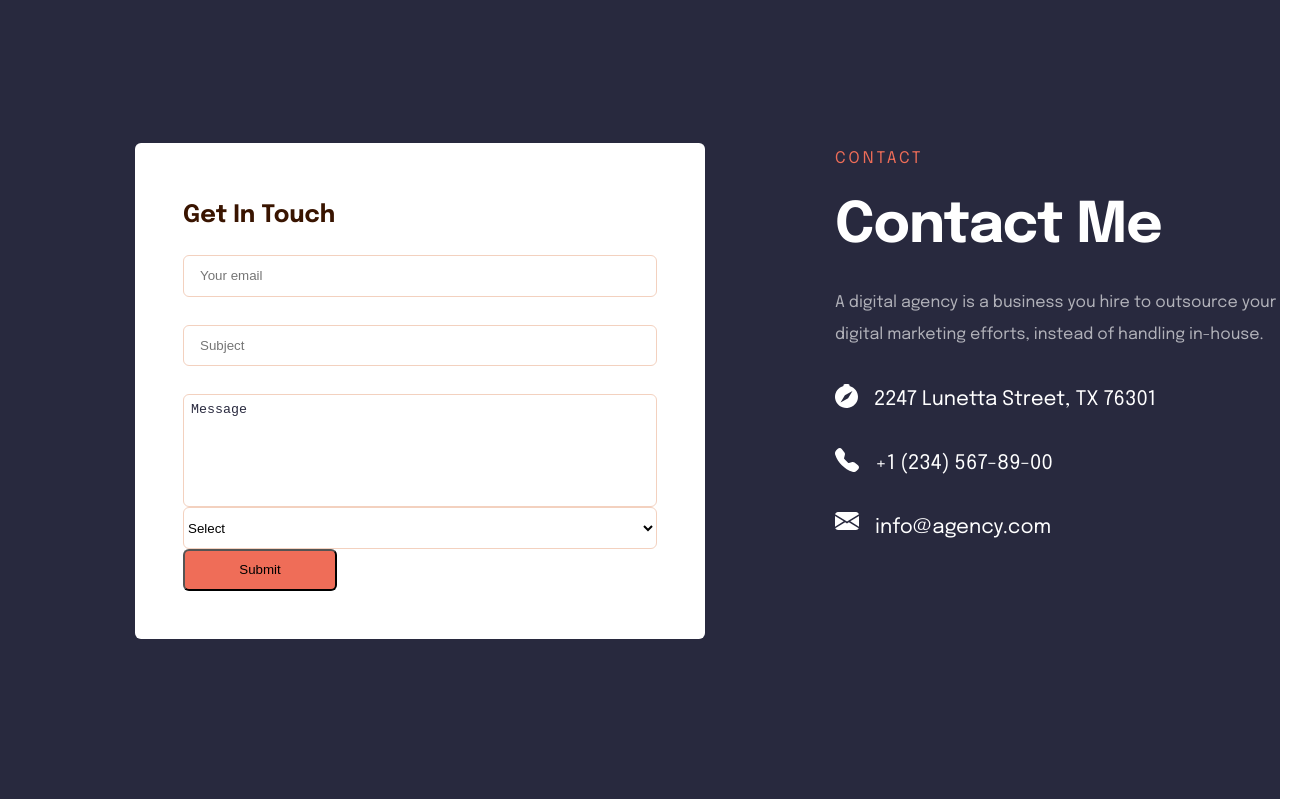
Repository: FaridRustamov09/task20
Page: index.html
These files come from the project's save history. The page is drawn as it stood at one moment and after the next save; the edit follows.
The browser window is 1280 px wide. The page is 1305 px wide, so the pictures cover 1305 px, including what lies to the right of the window. The pictures show the whole page.

Above is the page before, as saved 2024-01-13 14:44:17.

### index.html
<!DOCTYPE html>
<html lang="en">
  <head>
    <meta charset="UTF-8" />
    <meta name="viewport" content="width=device-width, initial-scale=1.0" />
    <title>Document</title>
    <link rel="stylesheet" href="index.css" />
  </head>
  <body>
    <div class="container">
      <div class="login">
        <b>Get In Touch</b>
        <input type="email" placeholder="Your email" />
        <!-- <label for="Subject">
      <select name="Subject" id="">
        <option value="Baku">Baku</option>
        <option value="Istanbul">Istanbul</option>
      </select>
      </label> -->
        <input type="text" placeholder="Subject" />
        <textarea name="" id=""  placeholder="Message" ></textarea>
        <select name="" id="" >
          <option value="">Select</option>
          <option value="">A</option>
          <option value="">A</option>
        </select>
        <button type="submit">Submit</button>
      </div>
      <div class="left-box">
        <h2>Contact</h2>
        <h1>Contact Me</h1>
        <p>
          A digital agency is a business you hire to outsource your digital
          marketing efforts, instead of handling in-house.
        </p>
        <ul>
          <li>
            <svg
              xmlns="http://www.w3.org/2000/svg"
              width="23"
              height="24"
              viewBox="0 0 23 24"
              fill="none"
            >
              <path
                fill-rule="evenodd"
                clip-rule="evenodd"
                d="M12.5128 23.9559C18.4476 23.4434 22.9991 18.5852 23 12.7619C22.9992 7.68681 19.5202 3.24133 14.5089 1.91219C14.6419 1.45966 14.5495 0.972375 14.2595 0.596433C13.9696 0.220491 13.5157 -0.000396111 13.034 0H9.9675C9.4858 -0.000396111 9.03192 0.220491 8.74193 0.596433C8.45195 0.972375 8.35958 1.45966 8.49253 1.91219C2.74205 3.43556 -0.865618 8.99957 0.179927 14.7325C1.22547 20.4654 6.57793 24.4683 12.5128 23.9559ZM17.4618 6.91176L17.465 6.90994L17.462 6.91144L17.4618 6.91176ZM17.4618 6.91176L9.87551 11.1479L5.53646 18.5674L13.126 14.3294L17.4618 6.91176Z"
                fill="white"
              />
            </svg>
            <h3>2247 Lunetta Street, TX 76301</h3>
          </li>
          <li>
            <svg
              xmlns="http://www.w3.org/2000/svg"
              width="24"
              height="24"
              viewBox="0 0 24 24"
              fill="none"
            >
              <path
                fill-rule="evenodd"
                clip-rule="evenodd"
                d="M2.82812 0.765296C3.35902 0.235151 4.09188 -0.0416708 4.84066 0.0050961C5.58945 0.051863 6.28217 0.417722 6.743 1.00981L9.43541 4.46897C9.92889 5.10349 10.1029 5.93003 9.9079 6.71007L9.08742 9.99522C9.00114 10.3413 9.10245 10.7073 9.35441 10.9598L13.0398 14.6454C13.2925 14.8979 13.6592 14.9993 14.0058 14.9124L17.2892 14.0919C18.0691 13.8969 18.8953 14.0711 19.5301 14.5644L22.989 17.2555C24.2324 18.2231 24.3464 20.0607 23.2335 21.1722L21.6825 22.7233C20.5726 23.8333 18.9136 24.3209 17.3672 23.7763C13.4091 22.3836 9.81531 20.1174 6.85249 17.146C3.88152 14.1834 1.61557 10.5899 0.222699 6.63206C-0.320284 5.08699 0.167201 3.42642 1.27717 2.31637L2.82812 0.765296Z"
                fill="white"
              />
            </svg>
            <h3>+1 (234) 567-89-00</h3>
          </li>
          <li>
            <svg
              xmlns="http://www.w3.org/2000/svg"
              width="24"
              height="18"
              viewBox="0 0 24 18"
              fill="none"
            >
              <path
                fill-rule="evenodd"
                clip-rule="evenodd"
                d="M3 0C1.60024 -9.42171e-05 0.386447 0.967828 0.075 2.3325L12 9.621L23.925 2.3325C23.6136 0.967828 22.3998 -9.42171e-05 21 0H3ZM0 14.7015V4.0455L8.7045 9.3645L0 14.7015ZM10.1415 10.245L0.2865 16.2855C0.78351 17.3335 1.84012 18.0011 3 18H21C22.1597 18.0003 23.2157 17.3321 23.712 16.284L13.857 10.2435L12 11.379L10.1415 10.2435V10.245ZM24 14.7015L15.2955 9.366V9.3645L24 4.0455V14.7015Z"
                fill="white"
              />
            </svg>
            <h3>info@agency.com</h3>
          </li>
        </ul>
      </div>
    </div>
  </body>
</html>

### index.css
@import url("https://fonts.googleapis.com/css2?family=Epilogue:ital,wght@0,400;0,700;1,800&family=Inter:wght@400;500;600;700&family=Roboto+Slab:wght@400;700&display=swap");
* {
  margin: 0;
  padding: 0;
  box-sizing: border-box;
}
.container {
  padding: 143px 135px 160px 135px;
  background-color: #28293e;
  min-height: 100vh;
  display: flex;
}
.login {
  width: 570px;
  height: 496px;
  border-radius: 6px;
  background: #fff;
  display: flex;
  flex-direction: column;
  padding: 57px 48px 48px 48px;
}
.login b {
  color: var(--Text_Dark, #391400);
  font-feature-settings:
    "clig" off,
    "liga" off;
  font-family: Epilogue;
  font-size: 24px;
  font-style: normal;
  font-weight: 700;
  line-height: 32px;
  margin-bottom: 23px;
}
.login input {
  width: 474px;
  height: 48px;
  border-radius: 6px;
  border: 1px solid #f3d1bf;
  background: #fff;
  margin-bottom: 28px;
  padding-left: 16px;
  outline: none;
}

textarea {
  width: 474px;
  height: 128px;
  border-radius: 6px;
  border: 1px solid #f3d1bf;
  background: #fff;
  resize: none;
  padding: 7px;
  outline: none;
}
textarea::placeholder {
  color: #28293e;
}
button {
  width: 154px;
  height: 48px;
  border-radius: 6px;
  background: #ef6d58;
}
.left-box {
  margin-left: 130px;
}
.left-box h2 {
  color: var(--Text_Light_Accent, #ef6d58);
  font-feature-settings:
    "clig" off,
    "liga" off;
  font-family: Epilogue;
  font-size: 16px;
  font-style: normal;
  font-weight: 400;
  line-height: 32px;
  letter-spacing: 3px;
  text-transform: uppercase;
  margin-bottom: 20px;
}
.left-box h1 {
  color: var(--Text_Light, #fff);
  font-feature-settings:
    "clig" off,
    "liga" off;
  font-family: Epilogue;
  font-size: 56px;
  font-style: normal;
  font-weight: 800;
  line-height: 64px;
  letter-spacing: -1px;
  margin-bottom: 28px;
}
.left-box p {
  width: 470px;
  color: var(--Text_Light_Gray, rgba(255, 255, 255, 0.64));
  font-feature-settings:
    "clig" off,
    "liga" off;
  font-family: Epilogue;
  font-size: 16px;
  font-style: normal;
  font-weight: 400;
  line-height: 32px;
  margin-bottom: 33px;
}
ul {
  display: flex;
  flex-direction: column;
}
li {
  list-style-type: none;
  display: flex;
}
.left-box ul li h3 {
  color: var(--Text_Light, #fff);
  font-feature-settings:
    "clig" off,
    "liga" off;
  font-family: Epilogue;
  font-size: 20px;
  font-style: normal;
  font-weight: 400;
  line-height: 32px;
  margin-left: 16px;
  margin-bottom: 32px;
}
select{
  border-radius: 6px;
border: 1px solid #F3D1BF;
background: #FFF;
width: 474px;
height: 48px;
}

After the next save:
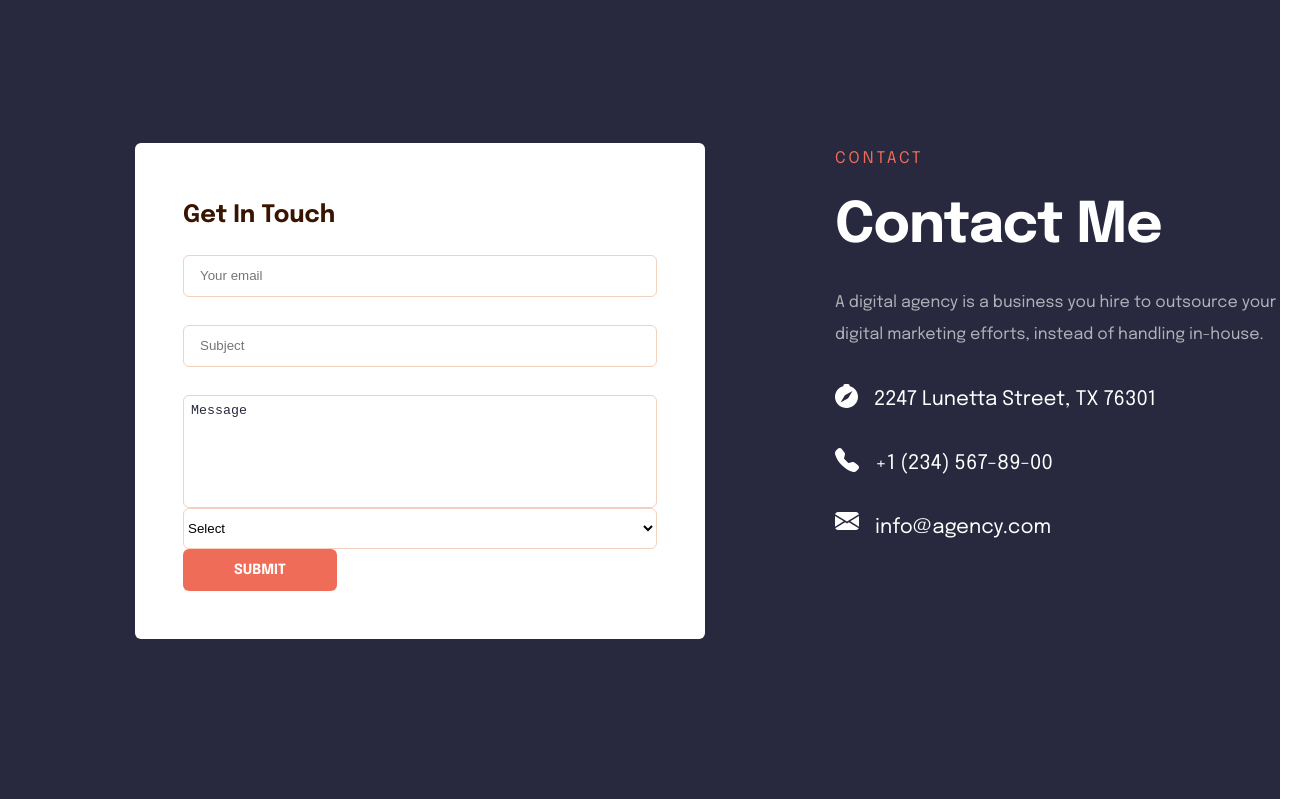
Saved 17 s later.
--- a/index.css
+++ b/index.css
@@ -60,6 +60,15 @@ button {
   height: 48px;
   border-radius: 6px;
   background: #ef6d58;
+  color: #FFF;
+text-align: center;
+font-family: Epilogue;
+font-size: 14px;
+font-style: normal;
+font-weight: 900;
+line-height: normal;
+text-transform: uppercase;
+border: none;
 }
 .left-box {
   margin-left: 130px;
